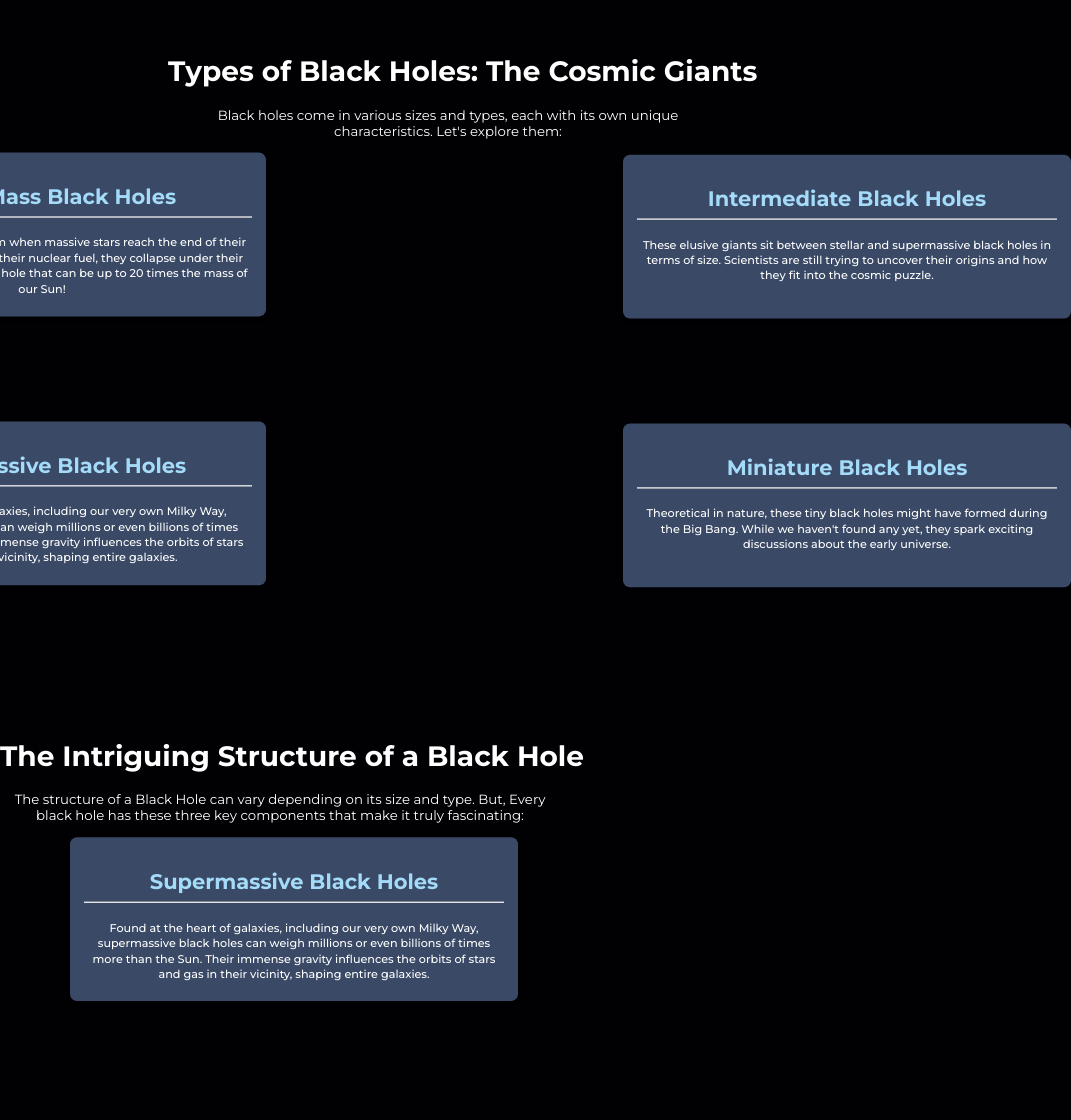
Repository: english-only/Space-Website
Page: black_hole.html
These files come from the project's save history. The page is drawn as it stood at one moment and after the next save; the edit follows.
The browser window is 1280 px wide. The page is 1530 px wide, so the pictures cover 1530 px, including what lies to the right of the window. The pictures show the part of the page from y = 950 to 2550 px (the page is 2550 px tall before and 1959 px after), at 70% of full size.
Backgrounds fixed to the window are drawn as part of the page.

Above is the page before, as saved 2025-04-14 13:44:08.

After the next save:
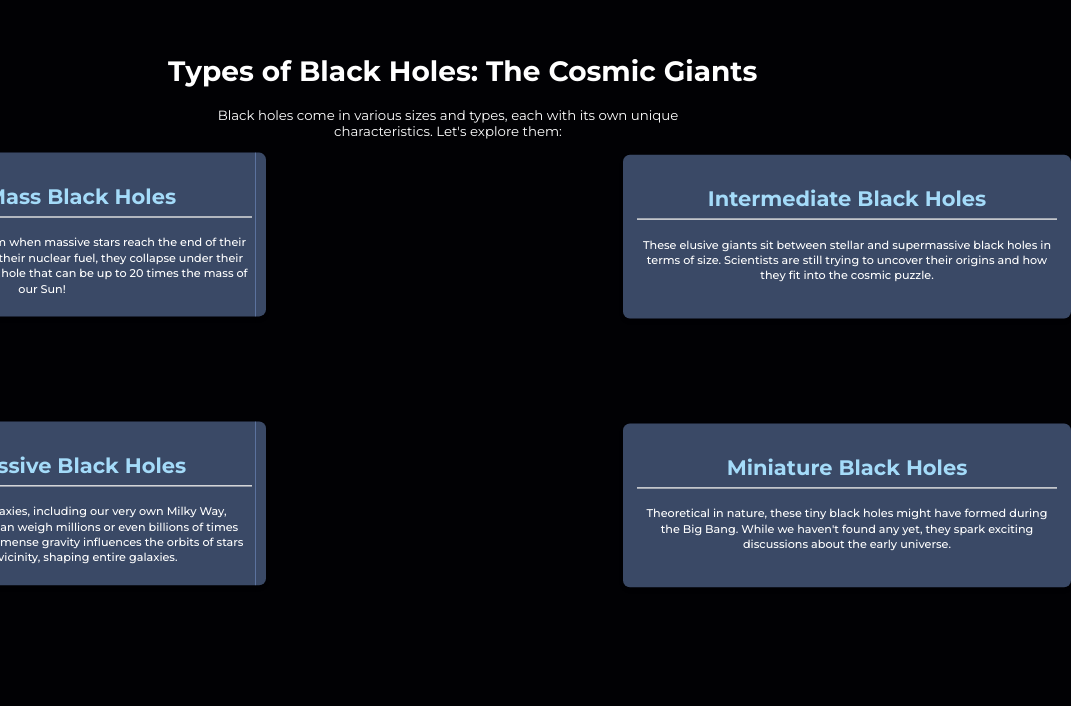
Saved 7 s later.
--- a/black_hole.html
+++ b/black_hole.html
@@ -84,27 +84,7 @@
       </div>
     </div>
 
-    <div class="container-2">
-      <div class="stupid-text">
-        <h1>The Intriguing Structure of a Black Hole</h1>
-      </div>
-      <div class="stupid-text">
-        <p>
-          The structure of a Black Hole can vary depending on its size and type.
-          But, Every black hole has these three key components that make it
-          truly fascinating:
-        </p>
-      </div>
-      <div class="black-hole-type">
-        <h2>Supermassive Black Holes</h2>
-        <div class="content">
-          <p>
-            Found at the heart of galaxies, including our very own Milky Way,
-            supermassive black holes can weigh millions or even billions of
-            times more than the Sun. Their immense gravity influences the orbits
-            of stars and gas in their vicinity, shaping entire galaxies.
-          </p>
-        </div>
+
       </div>
     </div>
     <script>
